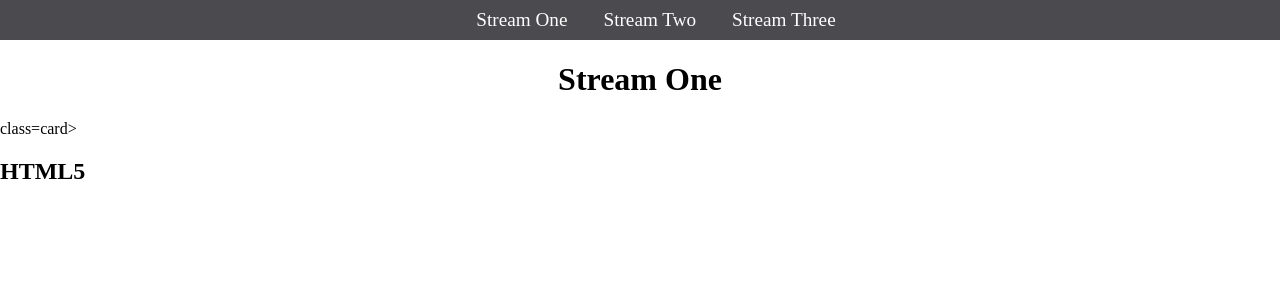
Repository: collyd21/my-first-website
Page: stream-one.html
The author's editor kept a record of every edit. The page is drawn from the files as they stood at one moment, then again after the next edit.
The browser window is 1280 px wide. The pictures show the whole page.

Above is the page before.

### stream-one.html
<html>
    <head>
        <title>Hello World</title>
        <link rel="stylesheet" href="css/style.css" type="text/css" />
    </head>
    <body>
        <nav>
            <ul>
                <li><a href="stream-one.html">Stream One</a></li>
                <li><a href="stream-two.html">Stream Two</a></li>
                <li><a href="stream-three.html">Stream Three</a></li>
            </ul>
        </nav>
        <h1>Stream One</h1>
        <div> class=card>
        <a href:"https://en.wikipedia.org/wiki/HTML5">
            <img src:"https://www.google.com/url?sa=i&source=images&cd=&ved=2ahUKEwioo-ur-6jlAhWyQhUIHT79D6IQjRx6BAgBEAQ&url=https%3A%2F%2Fen.wikipedia.org%2Fwiki%2FHTML5&psig=AOvVaw1Wb21J69MLiP87VbVLEOFZ&ust=1571596501210342"/>
            <h2>HTML5</h2>
        </a>
    </body>
</html>

### css/style.css
body {
    margin: 0;
    padding: 0;
    font-family: "Oswald", "sans-serif";
}

nav ul {
    list-style: none;
    background: #4a4a4f;
    text-align: center;
    margin: 0;
    padding: 0;
}

nav li {
    font-size: 1.2em;
    line-height: 40px;
    height: 40px;
    display: inline-block;
    margin-left: 2.5%;
}

nav a {
    text-decoration: none;
    color: #ffffff;
    display: block;
}
nav a:hover {
    background-color: #ffffff;
    color: #4a4a4f;
}

.card {
    float: left;
    width: 20%;
    margin-left: 10%;
}

.card a {
    text-align: center;
}

img {
    width: 100%;
}

h1 {
    text-align: center;
}

After the next edit:
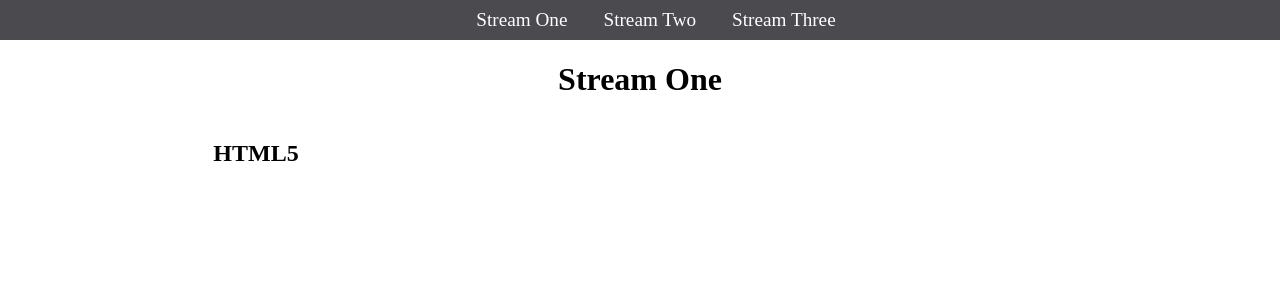
The edit:
--- a/stream-one.html
+++ b/stream-one.html
@@ -12,7 +12,7 @@
             </ul>
         </nav>
         <h1>Stream One</h1>
-        <div> class=card>
+        <div class="card">
         <a href:"https://en.wikipedia.org/wiki/HTML5">
             <img src:"https://www.google.com/url?sa=i&source=images&cd=&ved=2ahUKEwioo-ur-6jlAhWyQhUIHT79D6IQjRx6BAgBEAQ&url=https%3A%2F%2Fen.wikipedia.org%2Fwiki%2FHTML5&psig=AOvVaw1Wb21J69MLiP87VbVLEOFZ&ust=1571596501210342"/>
             <h2>HTML5</h2>
